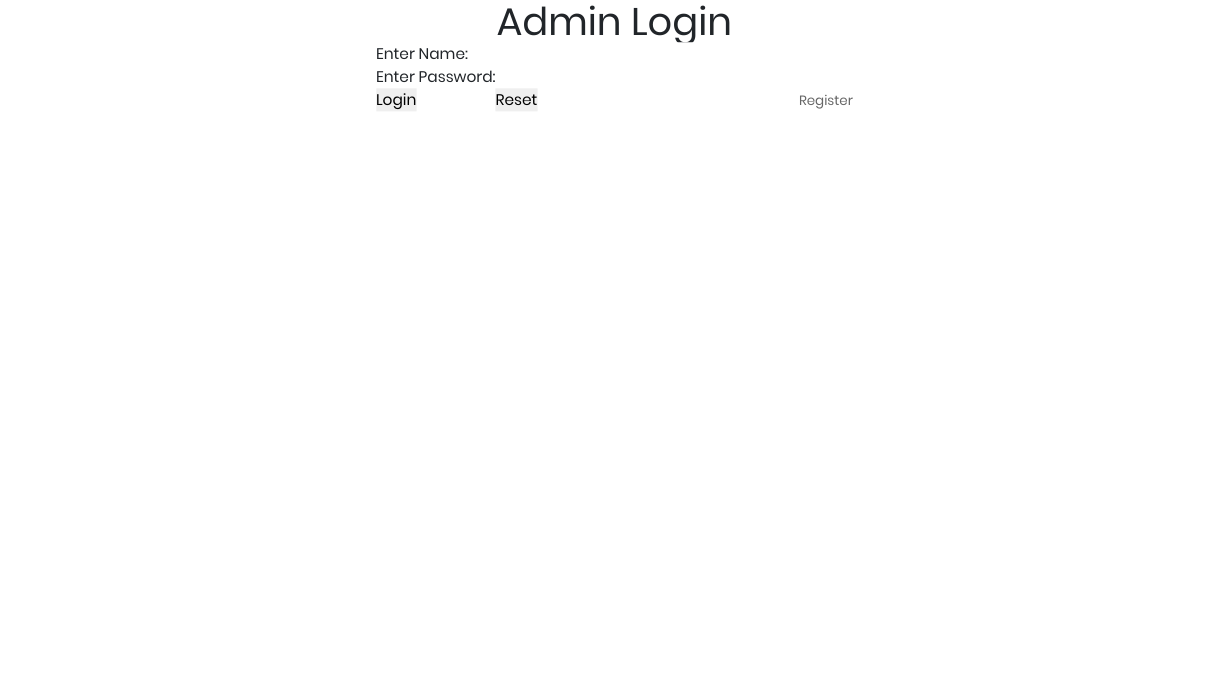
Repository: AkmalNizam/JEE-Exercise-
Page: http://localhost/ZooTaiping/admin_login.jsp
The author's editor kept a copy of each file at every save. The page is drawn from the files as they stood at one save, then again after the next save.
The browser window is 1280 px wide. The pictures show the whole page, at 96% of full size.
The page is served by Tomcat 10.

Above is the page before, as saved 2022-07-03 03:36:14.

After the next save:
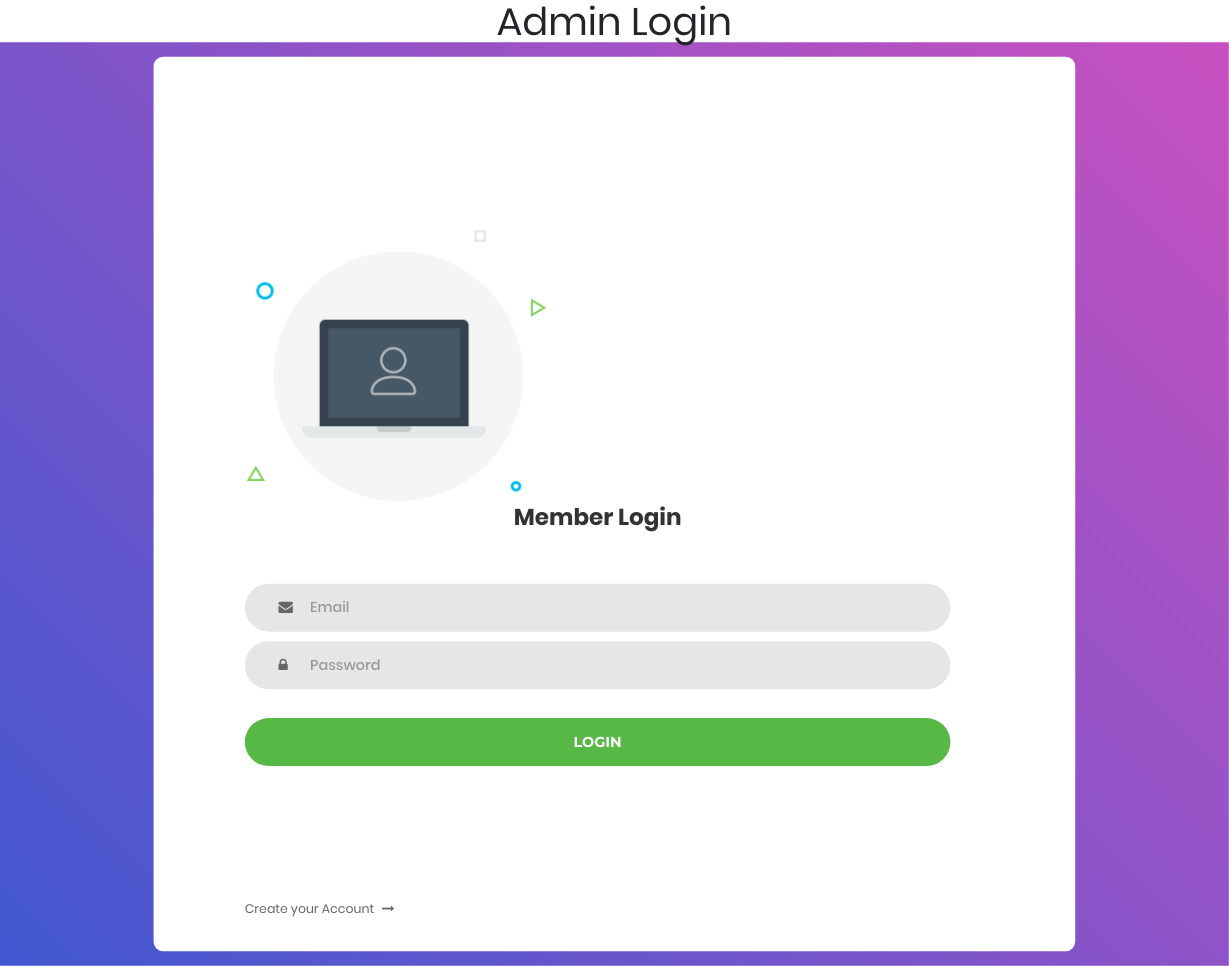
Saved 34 s later.
--- a/ZooTaiping/src/main/webapp/admin_login.jsp
+++ b/ZooTaiping/src/main/webapp/admin_login.jsp
@@ -29,21 +29,51 @@
 <h1>Admin Login</h1>
 
 <form action=AdminLoginServlet method=post>
-<table>
-	<tr>
-		<td>Enter Name:</td>
-		<td><input type=text name=txtName></td>
-	</tr>
-	<tr>
-		<td>Enter Password:</td>
-		<td><input type=password name=txtPwd></td>
-	</tr>
-	<tr>
-		<td><input type=submit value=Login></td>
-		<td><input type=reset></td>
-		<td><a href="employeeregister.jsp">Register</a></td>
-	</tr>
-</table>
+<div class="limiter">
+		<div class="container-login100">
+			<div class="wrap-login100">
+				<div class="login100-pic js-tilt" data-tilt>
+					<img src="images/img-01.png" alt="IMG">
+				</div>
+
+				<form class="login100-form validate-form">
+					<span class="login100-form-title">
+						Member Login
+					</span>
+
+					<div class="wrap-input100 validate-input" data-validate = "Valid email is required: ex@abc.xyz">
+						<input class="input100" type="text" name="email" placeholder="Email">
+						<span class="focus-input100"></span>
+						<span class="symbol-input100">
+							<i class="fa fa-envelope" aria-hidden="true"></i>
+						</span>
+					</div>
+
+					<div class="wrap-input100 validate-input" data-validate = "Password is required">
+						<input class="input100" type="password" name="pass" placeholder="Password">
+						<span class="focus-input100"></span>
+						<span class="symbol-input100">
+							<i class="fa fa-lock" aria-hidden="true"></i>
+						</span>
+					</div>
+
+					<div class="container-login100-form-btn">
+						<button class="login100-form-btn">
+							Login
+						</button>
+					</div>
+
+
+					<div class="text-center p-t-136">
+						<a class="txt2" href="#">
+							Create your Account
+							<i class="fa fa-long-arrow-right m-l-5" aria-hidden="true"></i>
+						</a>
+					</div>
+				</form>
+			</div>
+		</div>
+	</div>
 </form>
 </div>
 </body>
